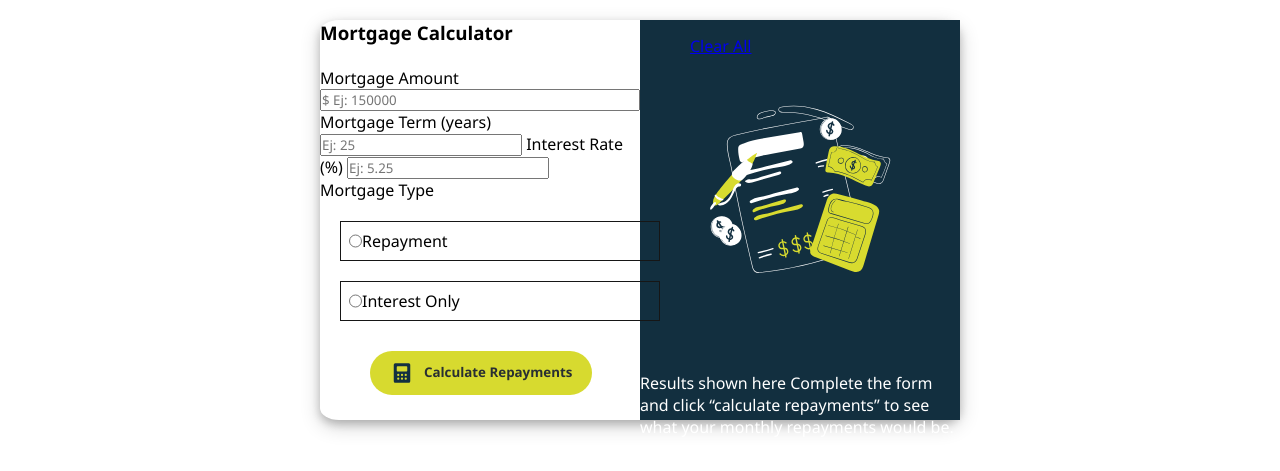
Repository: GravielPV/Mortgage-repayment-calculator
Page: index.html
These files come from the project's save history. The page is drawn as it stood at one moment and after the next save; the edit follows.
The browser window is 1280 px wide. The pictures show the whole page.

Above is the page before, as saved 2025-12-11 18:05:41.

After the next save:
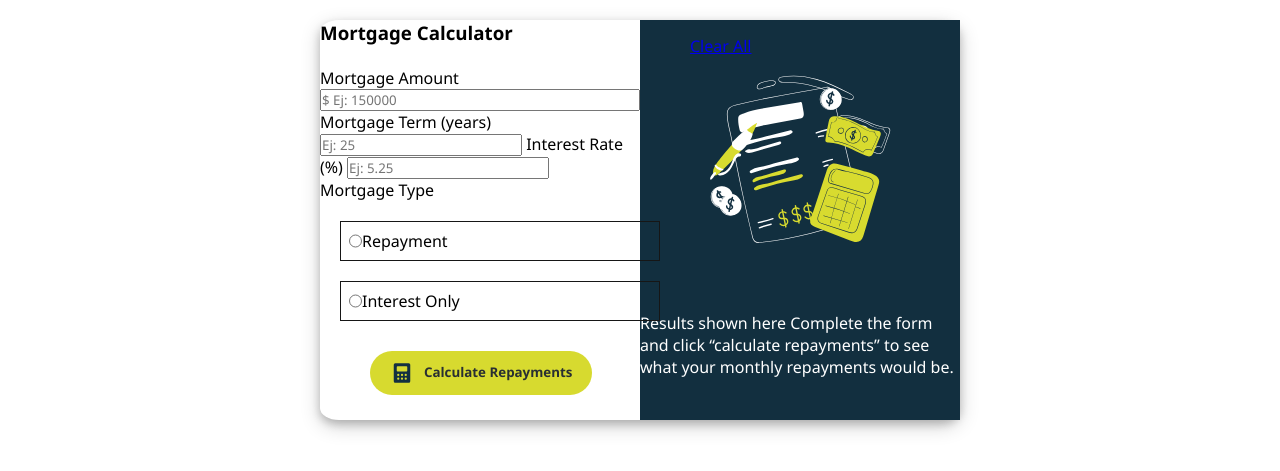
Saved 5 s later.
--- a/styles.css
+++ b/styles.css
@@ -97,7 +97,7 @@ a{
 
 .derecho img{
     display: block;
-    margin: 80px auto;
+    margin: 50px auto;
 }
 
 /* Este es el resultado */
